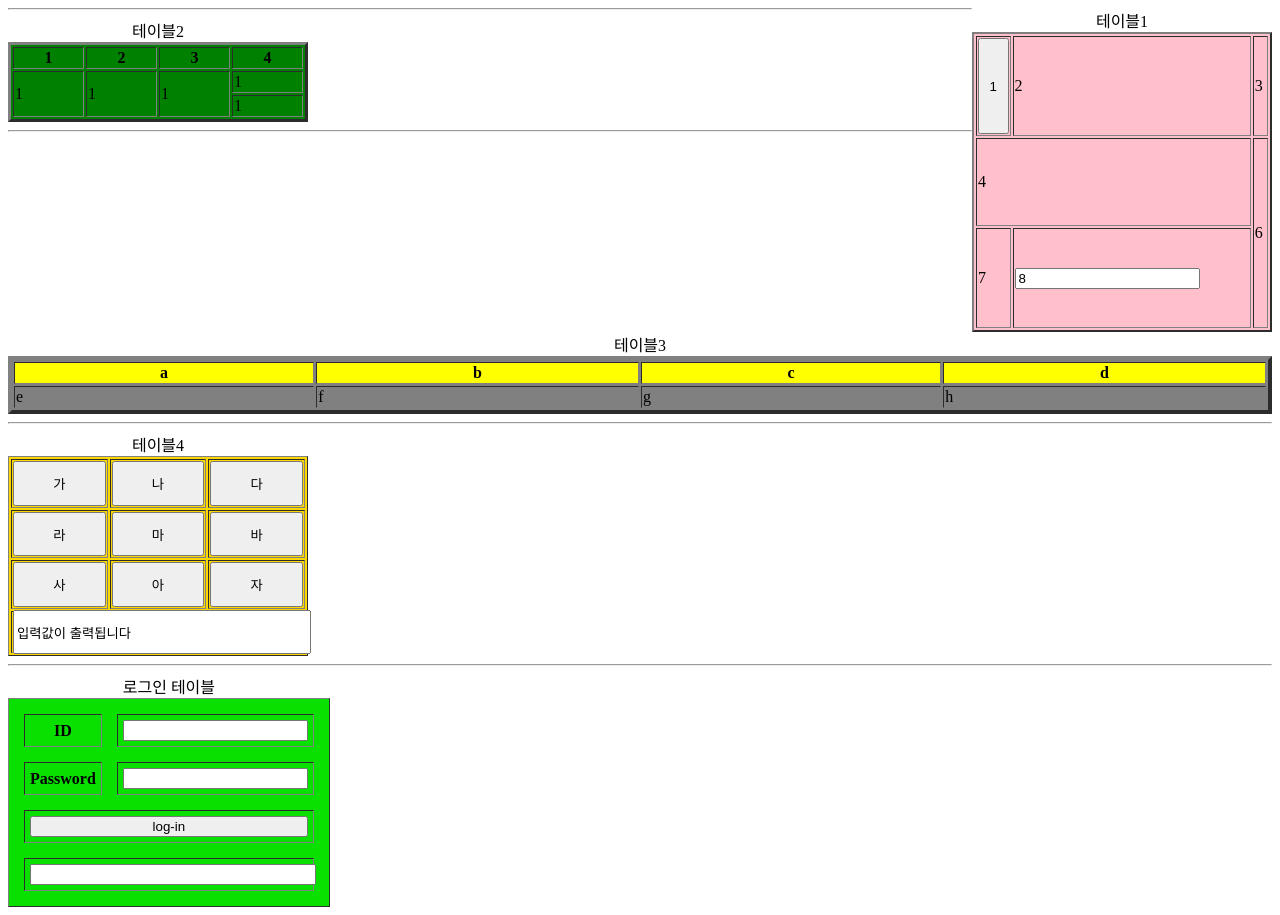
Repository: trapezer84/JSP
Page: http://localhost/AB_WebCalc/listTest1.jsp
An editor plug-in stored every save of this project. The page is shown before and after the next save, followed by the edit.
The browser window is 1280 px wide. The pictures show the whole page.
The page is served by Tomcat 9.

Above is the page before, as saved 2016-02-03 00:34:14.

After the next save:
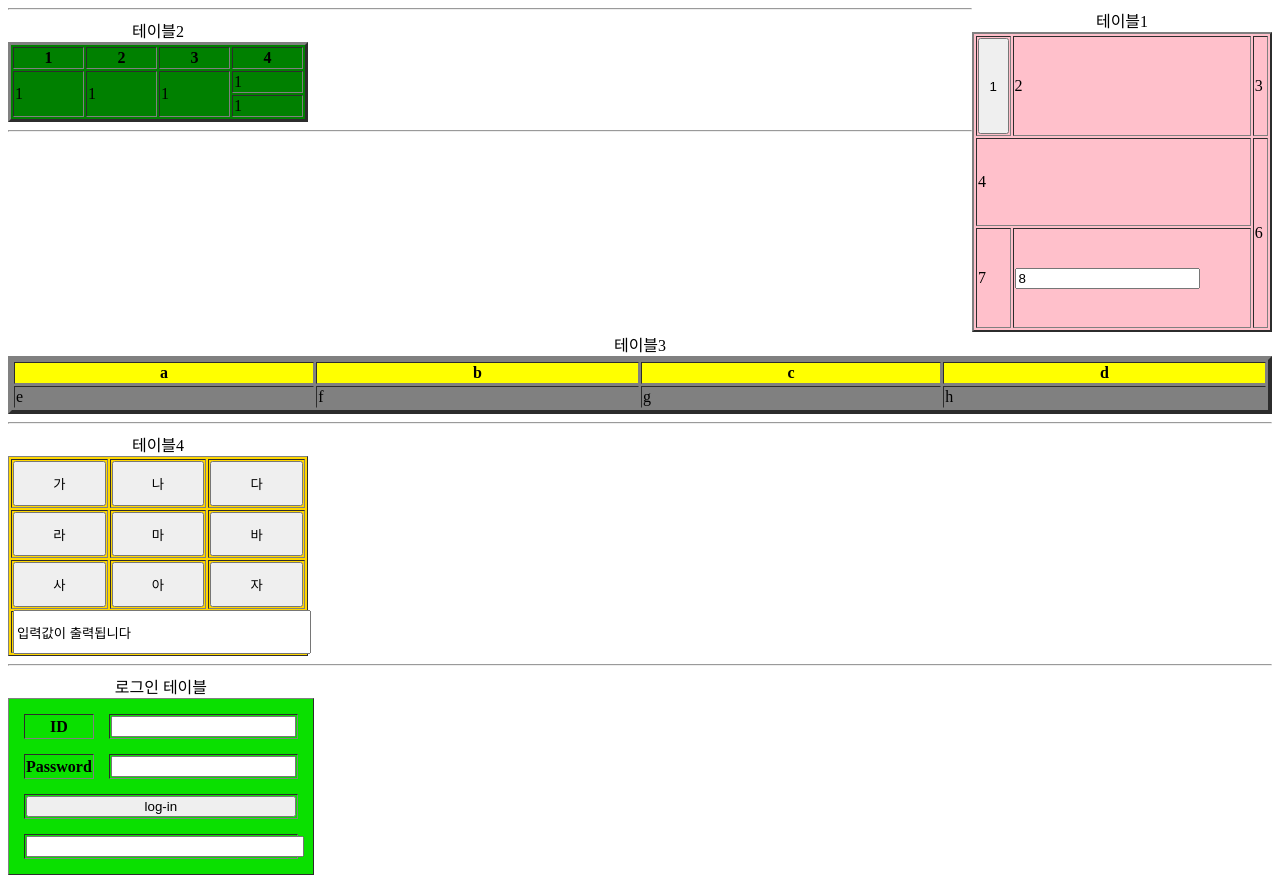
Saved 21 s later.
--- a/AB_WebCalc/WebContent/listTest1.jsp
+++ b/AB_WebCalc/WebContent/listTest1.jsp
@@ -110,7 +110,7 @@
 	</table>
 
 	<hr>
-	<table border="1" id="loginTable" bgcolor="palepink" cellpadding="5" cellspacing="15">
+	<table border="1" id="loginTable" bgcolor="palepink" cellspacing="15">
 	<caption> 로그인 테이블 </caption>
 
 		<tr>
